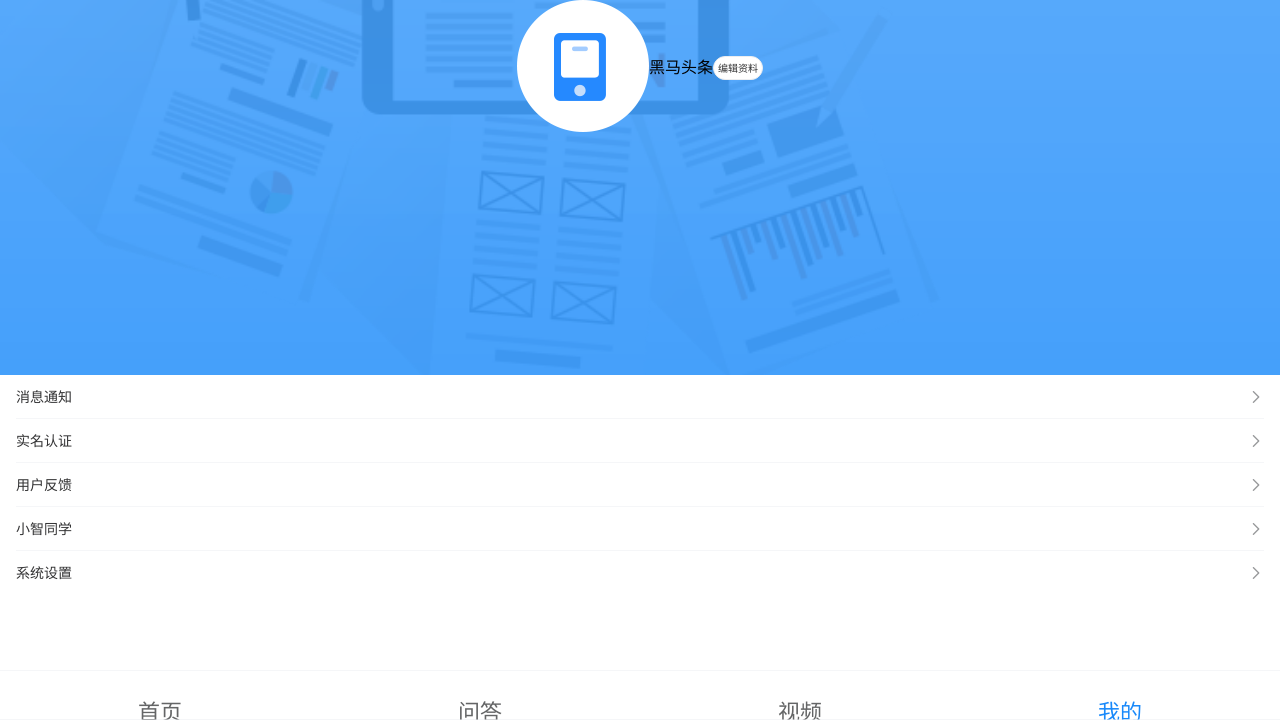
Repository: Tsukiau/yj-toutiao-m
Page: /#/my
These files come from the project's save history. The page is drawn as it stood at one moment and after the next save; the edit follows.
The browser window is 1280 px wide. The pictures show the whole page.
Some web fonts or font styles are not loaded; a fallback is used. The project was rebuilt for these pictures with package versions that can differ from the ones it lists, and the page was loaded fresh each time. Also part of the build but not shown: vue.config.js.

Above is the page before, as saved 2022-11-06 14:52:58.

### src/main.js
import Vue from 'vue'
import App from './App.vue'
import router from './router'
import store from './store'

import Vant from 'vant'
import 'vant/lib/index.css'
import 'amfe-flexible'

// 导入全局的样式文件
import './css/index.css'
Vue.use(Vant)
Vue.config.productionTip = false

new Vue({
  router,
  store,
  render: h => h(App)
}).$mount('#app')

### src/App.vue
<template>
  <div id="app">
    <router-view></router-view>
  </div>
</template>

<style lang="less">
</style>

### src/router/index.js
import Vue from 'vue'
import VueRouter from 'vue-router'

Vue.use(VueRouter)

const routes = [
  {
    path: '/',
    redirect: '/layout'
  },
  {
    path: '/login',
    name: 'login',
    component: () => import('@/views/login')
  },
  {
    path: '/layout',
    name: 'layout',
    component: () => import('@/views/layout'),
    children: [
      {
        path: '/home',
        name: 'home',
        component: () => import('@/views/home')
      },
      {
        path: '/my',
        name: 'my',
        component: () => import('@/views/my')
      },
      {
        path: '/ask',
        name: 'ask',
        component: () => import('@/views/ask')
      },
      {
        path: '/video',
        name: 'video',
        component: () => import('@/views/video')
      }
    ]
  },

]

const router = new VueRouter({
  routes
})

export default router

### src/store/index.js
import Vue from 'vue'
import Vuex from 'vuex'

import user from './modules/user'
Vue.use(Vuex)

export default new Vuex.Store({
   modules: {
     user
   }

})

### src/css/index.css
@font-face {
  font-family: "iconfont";
  /* Project id 3671134 */
  src: url('//at.alicdn.com/t/c/font_3671134_2emfzv8sq1v.woff2?t=1664107686856') format('woff2'), url('//at.alicdn.com/t/c/font_3671134_2emfzv8sq1v.woff?t=1664107686856') format('woff'), url('//at.alicdn.com/t/c/font_3671134_2emfzv8sq1v.ttf?t=1664107686856') format('truetype');
}
.iconfont {
  font-family: "iconfont" !important;
  font-size: 16px;
  font-style: normal;
  -webkit-font-smoothing: antialiased;
  -moz-osx-font-smoothing: grayscale;
}
.icon-fenxiang:before {
  content: "\e60a";
}
.icon-zuopin:before {
  content: "\e60b";
}
.icon-pinglun1:before {
  content: "\e60c";
}
.icon-guanbi:before {
  content: "\e60d";
}
.icon-gengduo:before {
  content: "\e60e";
}
.icon-shanchu:before {
  content: "\e60f";
}
.icon-shouye1:before {
  content: "\e610";
}
.icon-shoucang:before {
  content: "\e611";
}
.icon-shouji1:before {
  content: "\e612";
}
.icon-zuojiantou:before {
  content: "\e613";
}
.icon-sousuo:before {
  content: "\e614";
}
.icon-dianzan:before {
  content: "\e615";
}
.icon-wenda:before {
  content: "\e616";
}
.icon-wuwangluo1:before {
  content: "\e617";
}
.icon-fenxiang1:before {
  content: "\e618";
}
.icon-dianzan2:before {
  content: "\e619";
}
.icon-shipin:before {
  content: "\e61a";
}
.icon-yanzhengma:before {
  content: "\e61b";
}
.icon-lishi1:before {
  content: "\e61c";
}
.icon-wode:before {
  content: "\e61d";
}
.icon-youjiantou:before {
  content: "\e61e";
}
.icon-zuopin1:before {
  content: "\e61f";
}
.icon-yuedu:before {
  content: "\e620";
}
.icon-pinglun:before {
  content: "\e601";
}
.icon-lishi:before {
  content: "\e602";
}
.icon-shouye:before {
  content: "\e603";
}
.icon-shouji:before {
  content: "\e604";
}
.icon-wuwangluo:before {
  content: "\e605";
}
.van-nav-bar {
  background-color: #3296fa;
}
.van-nav-bar /deep/ .van-nav-bar__title {
  color: #fff;
}

### src/views/layout/index.vue
<template>
  <div class="layout-container">

    <!-- 标签导航栏 -->
    <van-tabbar class="layout-tabbar"  route>
      <van-tabbar-item to="/">
        <i slot="icon" class="iconfont icon-shouye"></i>
        <span class="text">首页</span>
      </van-tabbar-item >
      <!--  -->
      <van-tabbar-item to="/ask">
        <i slot="icon" class="iconfont icon-wenda"></i>
        <span class="text">问答</span>
      </van-tabbar-item>
      <!--  -->
      <van-tabbar-item to="/video">
        <i slot="icon" class="iconfont icon-shipin"></i>
        <span class="text">视频</span>
      </van-tabbar-item>
      <!--  -->
      <van-tabbar-item to="/my">
        <i slot="icon" class="iconfont icon-wode"></i>
        <span class="text">我的</span>
      </van-tabbar-item>
    </van-tabbar>
    <router-view />
  </div>
</template>

<script>
export default {
  name: 'layou',
  data() {
    return {
    }
  }
}
</script>

<style lang="less" scoped>
.layout-container {
  .layout-tabbar {
    i.iconfont {
      font-size: 30px;
    }
    span.text {
      font-size: 22px;
    }
  }
}
</style>

### src/views/my/index.vue
<template>
  <div class="my-container">
    <div class="header userInfo">
      <div class="base">
        <div class="left">
          <img class="mobile-img" src="~@/assets/mobile.png" @click="$router.push('/login')">
          <span class="name">黑马头条</span>
        </div>
        <div class="right">
          <van-button type="default" size="mini" round>编辑资料</van-button>
        </div>
      </div>
    </div>
    <!--  -->
    <div class="data"></div>
    <!--  -->
    <div class="grid-nav"></div>
    <van-cell title="消息通知" is-link url="" />
    <van-cell title="实名认证" is-link url="" />
    <van-cell title="用户反馈" is-link url="" />
    <van-cell title="小智同学" is-link url="" />
    <van-cell title="系统设置" is-link url="" />
  </div>
</template>

<script>
export default {
  name: 'MyIndex',
  components: {},
  props: {},
  data() {
    return {}
  },
  computed: {},
  watch: {},
  created() { },
  mounted() { },
  methods: {}
}
</script>

<style scoped lang="less">
.my-container {
  .header {
    height: 375px;
    width: 100%;
    background-image: url(../../assets/banner.png);
    background-size: cover;

    .base {
      display: flex;
      justify-content: center;
      align-items: center;
    }

    .left {
      display: flex;
      justify-content: center;
      align-items: center;

      .img {
        width: 132px;
        height: 132px;
        border: 2px solid #fff;
      }
    }
  }
}
</style>

### src/store/modules/user.js
import { getToken, setToken } from '@/utils/Cookies'
import {login } from '@/api/user'

const state = {
  token: getToken()
}
const mutations = {
  setToken(state, token) {
    state.token = token
    setToken(token)
  }
}
const actions = {
   async getLogin(context, data) {
    const {token} = await login(data)
    context.commit('setToken',token)

  }
}
export default {
  namespaced: true,
  state,
  mutations,
  actions

}

### src/api/user.js
import request from '@/utils/request'

// 发送短信验证码
export function getSms (mobile) {
  return request({
    method: 'GET',
    url: `/v1_0/sms/codes/${mobile}`
  })
}

/**
 * 用户登录
 */
export function login(data) {
  return request({
    method: 'POST',
    url: '/v1_0/authorizations',
    data
  })
}

### src/utils/Cookies.js
import Cookies from 'js-cookie'

const Token = 'Token'

export function getToken(){
   return Cookies.get(Token)
}

export function setToken(token){
    return Cookies.set(Token, token)
}

export function removeToken(){
    return Cookies.remove(Token)
}

### src/utils/request.js
import axios from 'axios'

const request = axios.create({
  baseURL: 'http://toutiao.itheima.net/',
  timeout: 5000
})

request.interceptors.response.use(response => {
  const { message, data } = response.data
  if (!message) return Promise.reject(new Error(message))
  return data
})

export default request

Loaded but not shown: public/index.html (common file)

After the next save:
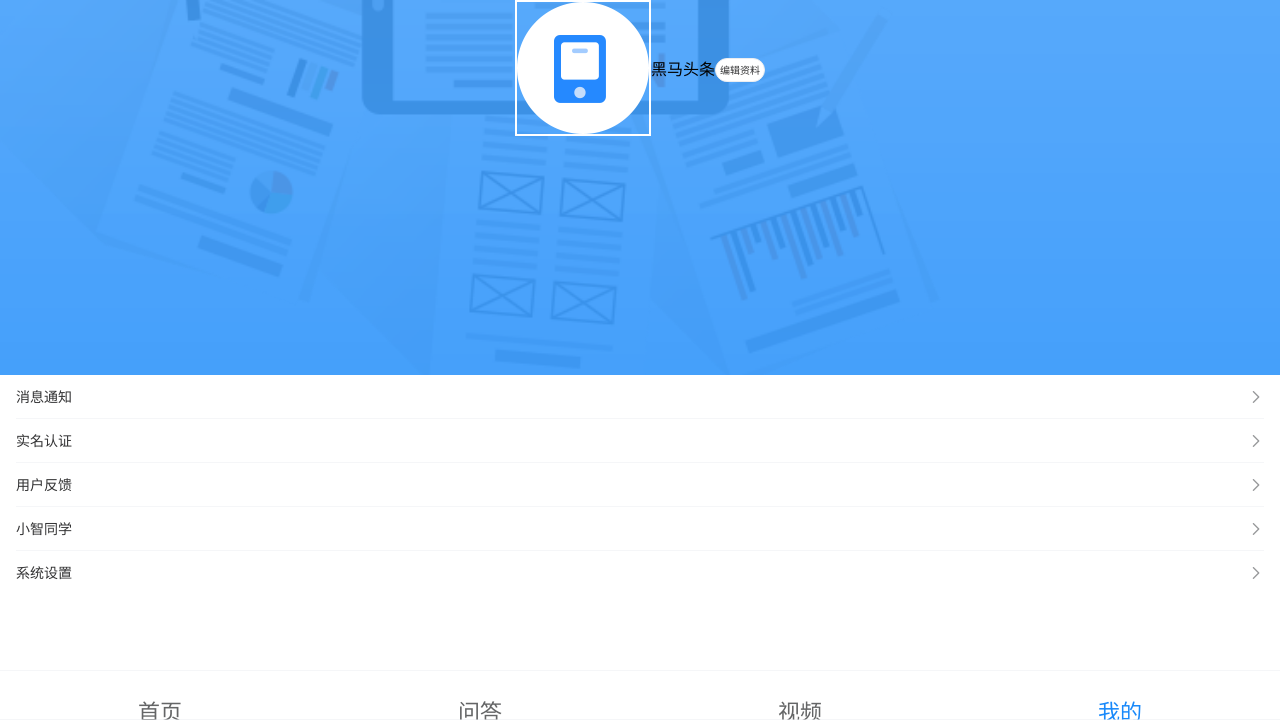
Saved 5 s later.
--- a/src/views/my/index.vue
+++ b/src/views/my/index.vue
@@ -57,8 +57,7 @@
       display: flex;
       justify-content: center;
       align-items: center;
-
-      .img {
+      img {
         width: 132px;
         height: 132px;
         border: 2px solid #fff;

After the save that followed:
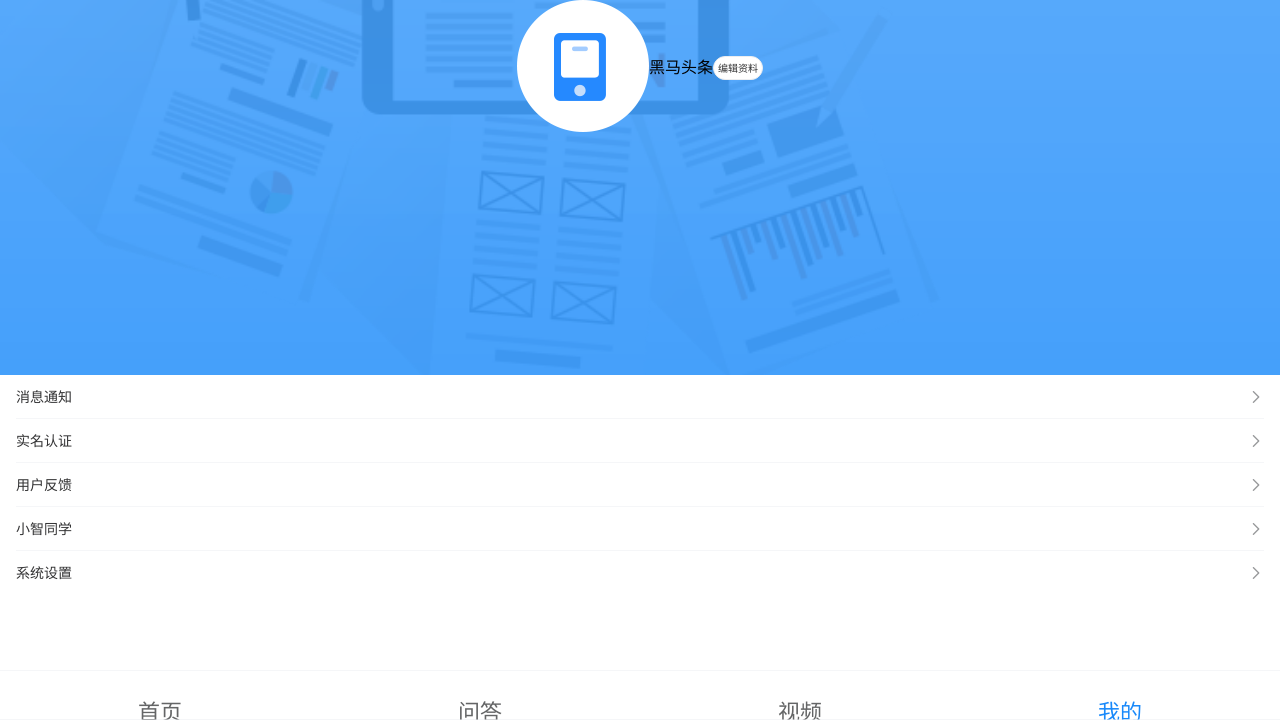
Saved 14 s later.
--- a/src/views/my/index.vue
+++ b/src/views/my/index.vue
@@ -60,7 +60,6 @@
       img {
         width: 132px;
         height: 132px;
-        border: 2px solid #fff;
       }
     }
   }
